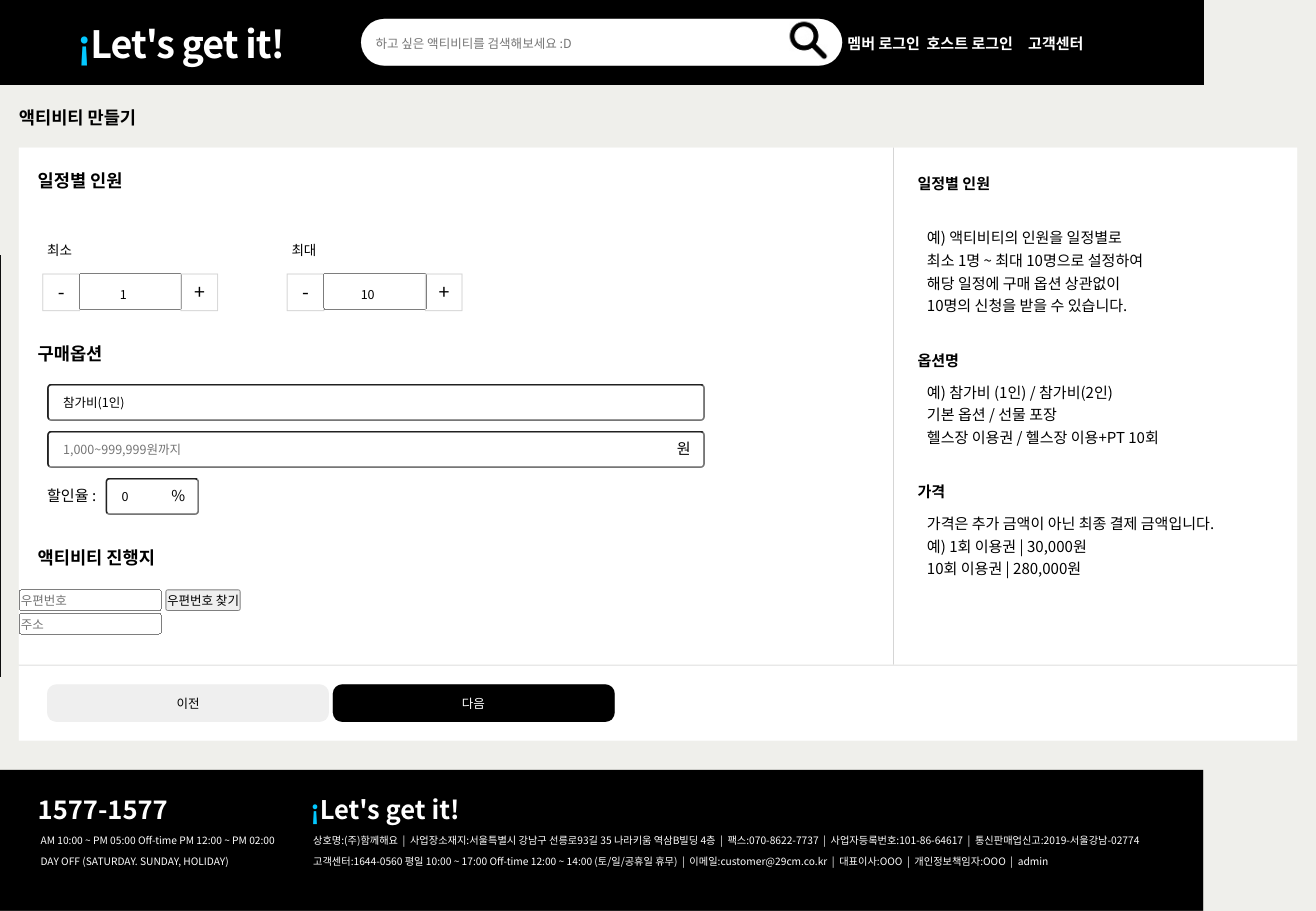
Repository: KiHyo-Tak/2stTeam
Page: http://localhost/2nd_Project_LetsGetIt/WEB-INF/views/activity/memberCntForm.jsp
The author's editor kept a copy of each file at every save. The page is drawn from the files as they stood at one save, then again after the next save.
The browser window is 1280 px wide. The page is 1400 px wide, so the pictures cover 1400 px, including what lies to the right of the window. The pictures show the whole page, at 94% of full size.
Some web fonts or font styles are not loaded; a fallback is used. The page is served by Tomcat 9. Nobody is signed in. The template is opened directly, without the code that normally fills it, so the values that code supplies are empty.

Above is the page before, as saved 2020-04-29 04:15:22.

After the next save:
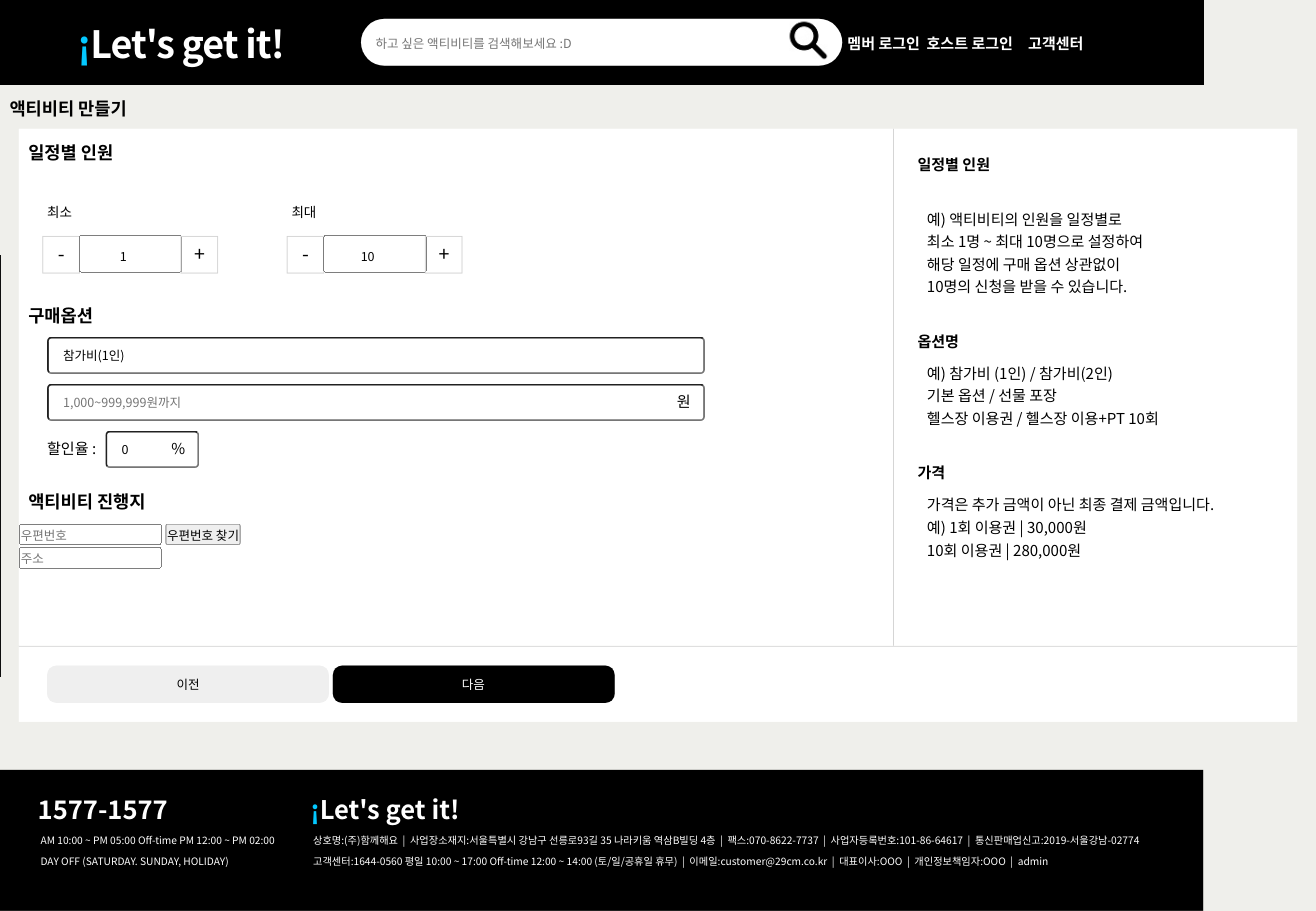
Saved 105 min 20 s later.
--- a/2nd_Project_LetsGetIt/src/main/webapp/css/memberCntForm.css
+++ b/2nd_Project_LetsGetIt/src/main/webapp/css/memberCntForm.css
@@ -9,7 +9,7 @@ body {
 		height:729px;
 	}
 	#memberCnt h3 {
-		margin:20px;
+		margin:10px;
 	}
 	#memberCnt #left {
 		margin-left:20px;
